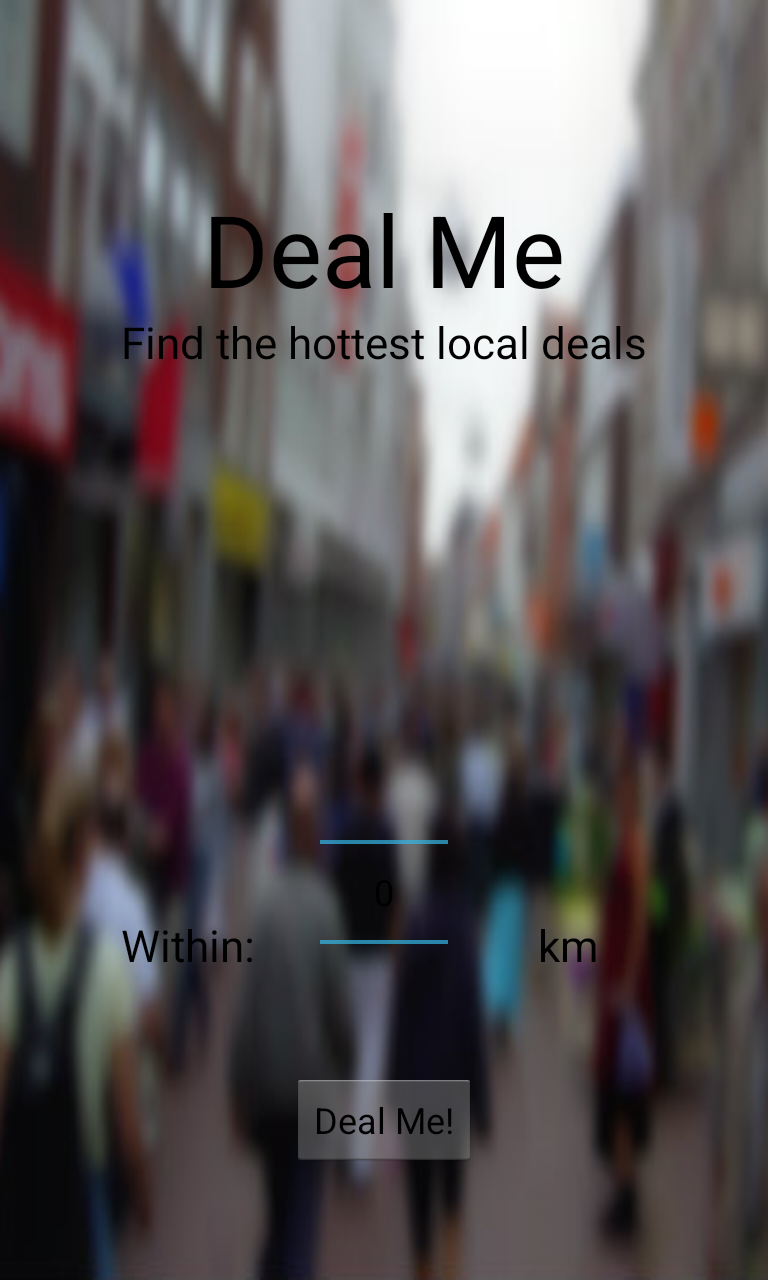
Repository: vmathur/mchacks
Layout: mobile/DealMe/res/layout/activity_main.xml
These files come from the project's save history. The layout is drawn as it stood at one moment and after the next save; the edit follows.
It is drawn on a 768 x 1280 px phone screen (xhdpi) without system bars, with theme AppTheme; the app's code is not run.

Above is the layout before, as saved 2014-02-23 05:03:01.

### mobile/DealMe/res/layout/activity_main.xml
<RelativeLayout xmlns:android="http://schemas.android.com/apk/res/android"
    xmlns:tools="http://schemas.android.com/tools"
    android:layout_width="match_parent"
    android:layout_height="match_parent"
    android:paddingBottom="@dimen/activity_vertical_margin"
    android:paddingLeft="@dimen/activity_horizontal_margin"
    android:background="@drawable/bg"
    android:paddingRight="@dimen/activity_horizontal_margin"
    android:paddingTop="@dimen/activity_vertical_margin"
    tools:context=".Main" >

    <TextView
        android:id="@+id/textView1"
        android:layout_width="wrap_content"
        android:layout_height="wrap_content"
        android:layout_alignParentTop="true"
        android:layout_centerHorizontal="true"
        android:layout_marginTop="75dp"
        android:text="Deal Me"
        android:textAppearance="?android:attr/textAppearanceLarge"
        android:textSize="50dp" />

    <TextView
        android:id="@+id/textView1"
        android:layout_width="wrap_content"
        android:layout_height="wrap_content"
        android:layout_alignParentTop="true"
        android:layout_centerHorizontal="true"
        android:layout_marginTop="140dp"
        android:text="Find the hottest local deals"
        android:textAppearance="?android:attr/textAppearanceLarge" />

    <NumberPicker
        android:id="@+id/numberPicker1"
        android:layout_width="wrap_content"
        android:layout_height="wrap_content"
        android:layout_above="@+id/getdeals"
        android:layout_centerHorizontal="true"/>

    <Button
        android:id="@+id/getdeals"
        android:layout_width="wrap_content"
        android:layout_height="wrap_content"
        android:layout_alignParentBottom="true"
        android:layout_centerHorizontal="true"
        android:layout_marginBottom="40dp"
        android:text="Deal Me!" />



    <TextView
        android:id="@+id/TextView01"
        android:layout_width="wrap_content"
        android:layout_height="wrap_content"
        android:layout_alignBottom="@+id/numberPicker1"
        android:layout_alignLeft="@+id/textView1"
        android:layout_marginBottom="49dp"
        android:text="Within: "
        android:textAppearance="?android:attr/textAppearanceLarge" />

    <TextView
        android:id="@+id/TextView02"
        android:layout_width="wrap_content"
        android:layout_height="wrap_content"
        android:layout_alignBaseline="@+id/TextView01"
        android:layout_alignBottom="@+id/TextView01"
        android:layout_alignRight="@+id/textView1"
        android:layout_marginRight="24dp"
        android:text="km"
        android:textAppearance="?android:attr/textAppearanceLarge" />



</RelativeLayout>

Loaded but not shown: mobile/DealMe/res/values/styles.xml (common file); mobile/DealMe/res/values-v11/styles.xml (common file); mobile/DealMe/res/values-v14/styles.xml (common file); mobile/DealMe/res/values/dimens.xml (common file)

After the next save:
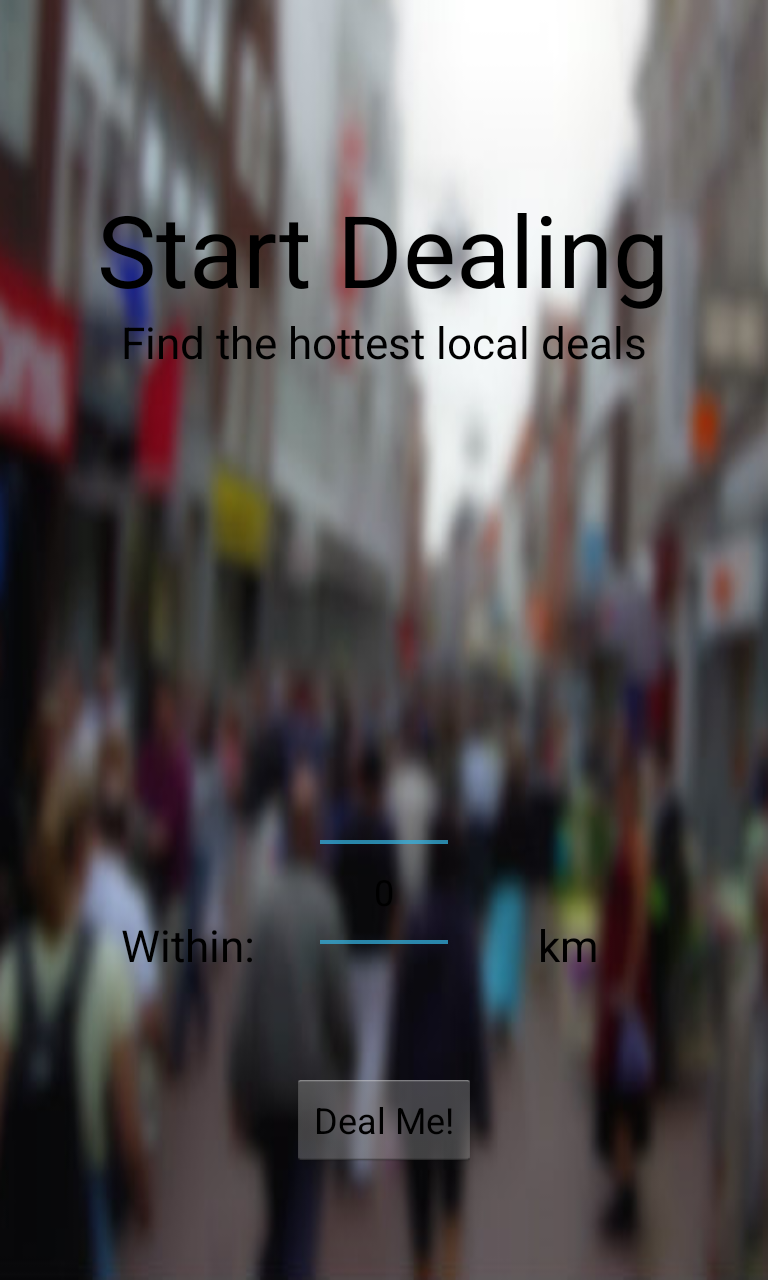
Saved 44 s later.
--- a/mobile/DealMe/res/layout/activity_main.xml
+++ b/mobile/DealMe/res/layout/activity_main.xml
@@ -16,7 +16,7 @@
         android:layout_alignParentTop="true"
         android:layout_centerHorizontal="true"
         android:layout_marginTop="75dp"
-        android:text="Deal Me"
+        android:text="Start Dealing"
         android:textAppearance="?android:attr/textAppearanceLarge"
         android:textSize="50dp" />
 
